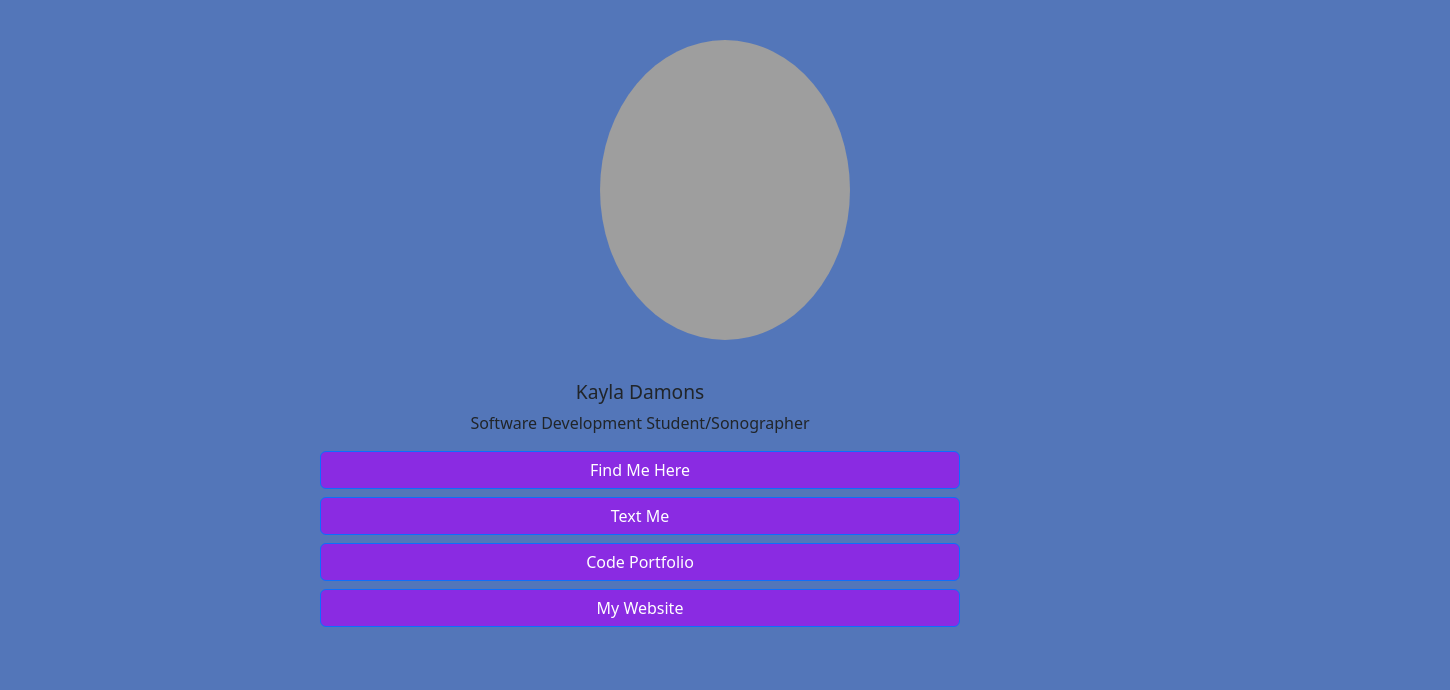
Repository: KaylaDamons/LABlinkinbio
Page: index.html
An editor plug-in stored every save of this project. The page is shown before and after the next save, followed by the edit.
The browser window is 1280 px wide. The page is 1450 px wide, so the pictures cover 1450 px, including what lies to the right of the window. The pictures show the whole page.
Pictures or frames that could not be fetched are drawn as grey boxes.

Above is the page before, as saved 2024-01-14 16:48:05.

After the next save:
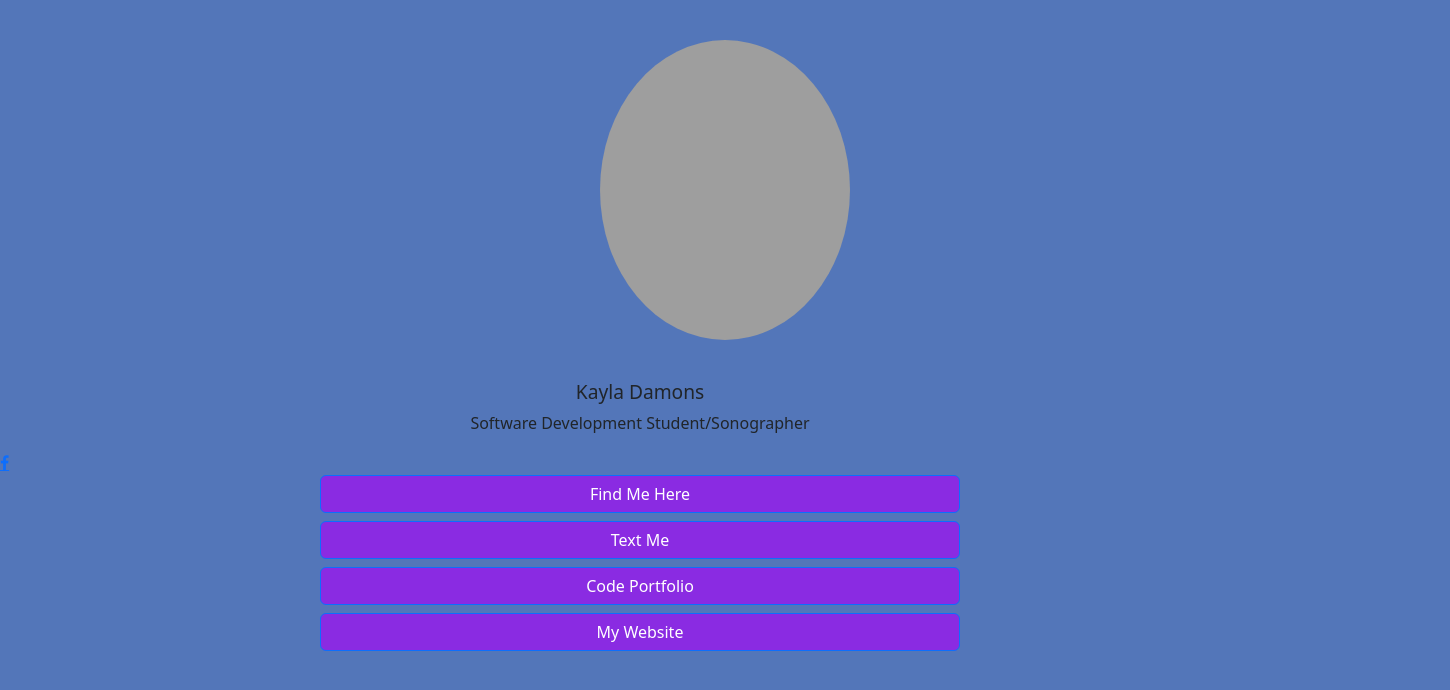
Saved 23 s later.
--- a/index.html
+++ b/index.html
@@ -20,7 +20,7 @@
   <h1>Kayla Damons</h1>
   <p>Software Development Student/Sonographer</p>
 
-
+  <a href="#" class="fa fa-facebook"></a>
 
   <div class="d-grid gap-2 col-6 mx-auto">
     <button class="btn btn-primary" type="button">Find Me Here</button>
